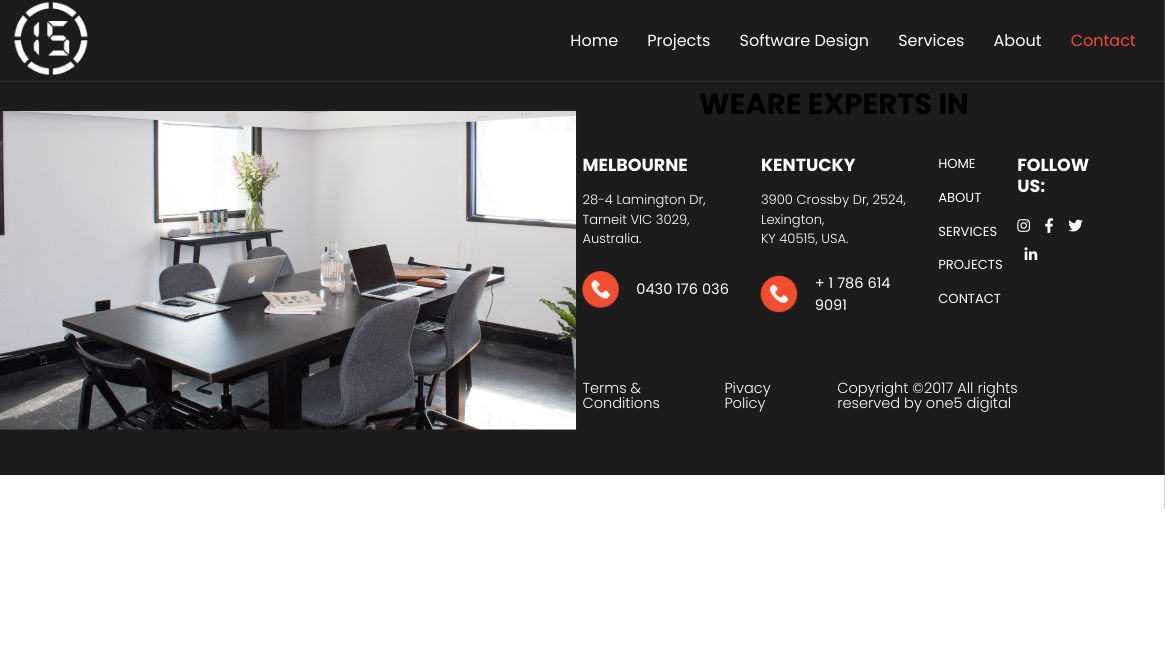
Repository: gopalpurohit54/one5
Page: /Contact
The author's editor kept a copy of each file at every save. The page is drawn from the files as they stood at one save, then again after the next save.
The browser window is 1280 px wide. The pictures show the whole page, at 91% of full size.
The project was rebuilt for these pictures with package versions that can differ from the ones it lists, and the page was loaded fresh each time. Also part of the build but not shown: src/components/Button.js, src/components/HeroSection.css, src/components/HeroSection.js, src/components/OurProjects.css, src/components/OurProjects.js, src/components/OurServices.js, src/components/AboutUs.css, src/components/AboutUs.js and 30 more.

Above is the page before, as saved 2021-06-22 13:39:26.

After the next save:
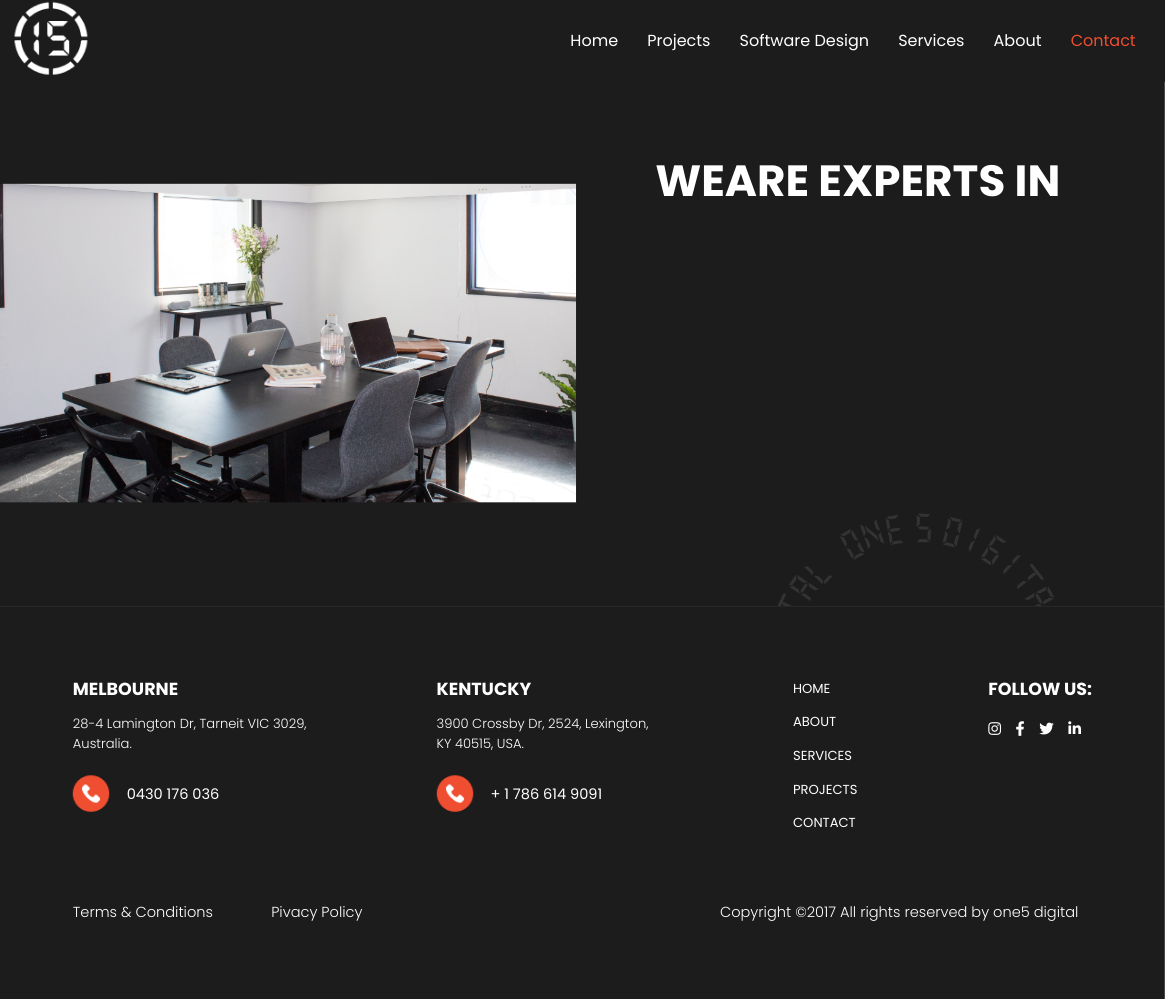
Saved 78 s later.
--- a/src/components/ContactPage.css
+++ b/src/components/ContactPage.css
@@ -1,3 +1,43 @@
 .contactpage {
+    padding: 5rem 5rem 5rem 0;
+    height: 80vh;
     background-image: url('./assets/contact-bg.png');
+    background-repeat: no-repeat;
+    width: 100%;
+    background-size: cover;
 }
+
+.contactpage h1 {
+    margin-bottom: 2rem;
+    font-size: 3rem;
+    line-height: 1.2;
+    color: #fff;
+}
+
+.contactpage h6 {
+    font-size: 1.2rem;
+    line-height: 1.2;
+    margin-bottom: 1rem;
+    color: #fff;
+}
+
+.contactpage p {
+    margin-bottom: 0.5rem;
+    font-size: 1rem;
+    line-height: 1.5;
+    font-style: normal;
+    font-weight: 300;
+    padding-right: 15px;
+    color: #fff;
+}
+
+.exp-left{
+    float: left;
+    width: 50%;
+}
+
+.exp-right{
+    float: right;
+    width: 40%;
+    align-content: flex-end;
+}
